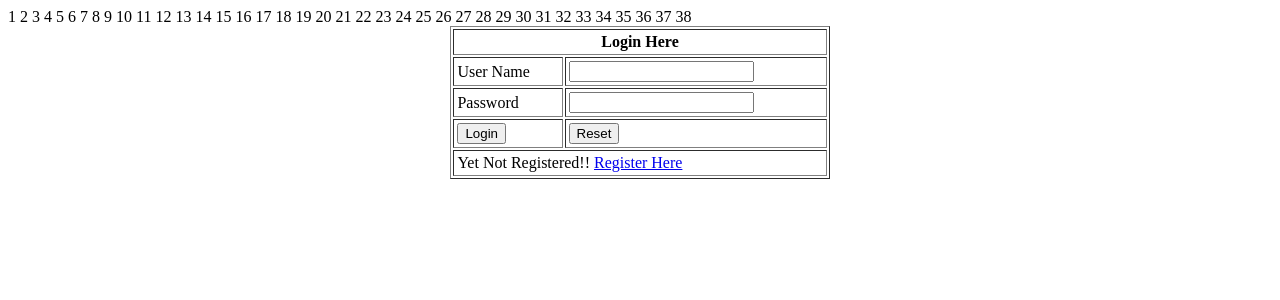
Repository: ameena017/bank-app
Page: http://localhost/banking-app/
These files come from the project's save history. The page is drawn as it stood at one moment and after the next save; the edit follows.
The browser window is 1280 px wide. The pictures show the whole page.
The page is served by Tomcat 9.

Above is the page before, as saved 2017-09-15 07:02:46.

After the next save:
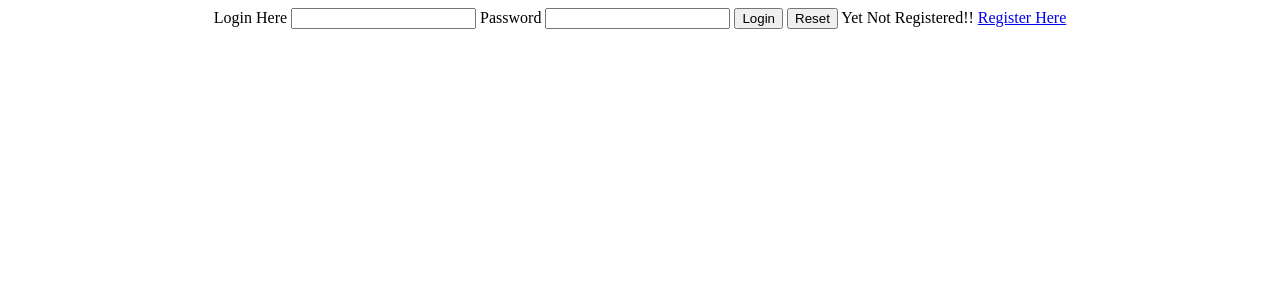
Saved 6 min 58 s later.
--- a/banking-app/WebContent/index.jsp
+++ b/banking-app/WebContent/index.jsp
@@ -1,60 +1,23 @@
-1
-2
-3
-4
-5
-6
-7
-8
-9
-10
-11
-12
-13
-14
-15
-16
-17
-18
-19
-20
-21
-22
-23
-24
-25
-26
-27
-28
-29
-30
-31
-32
-33
-34
-35
-36
-37
-38
+
 <%@page contentType="text/html" pageEncoding="UTF-8"%>
 <!DOCTYPE html>
 <html>
     <head>
         <meta http-equiv="Content-Type" content="text/html; charset=UTF-8">
-        <title>JSP Example</title>
+        <title>United Banking</title>
     </head>
     <body>
-        <form method="post" action="login.jsp">
+        <form method="post" action="selectuser">
             <center>
-            <table border="1" width="30%" cellpadding="3">
-                <thead>
+
+                <head>
                     <tr>
                         <th colspan="2">Login Here</th>
                     </tr>
-                </thead>
+                </head>
                 <tbody>
                     <tr>
-                        <td>User Name</td>
+
                         <td><input type="text" name="uname" value="" /></td>
                     </tr>
                     <tr>
@@ -68,8 +31,8 @@
                     <tr>
                         <td colspan="2">Yet Not Registered!! <a href="reg.jsp">Register Here</a></td>
                     </tr>
-                </tbody>
-            </table>
+
+
             </center>
         </form>
     </body>
